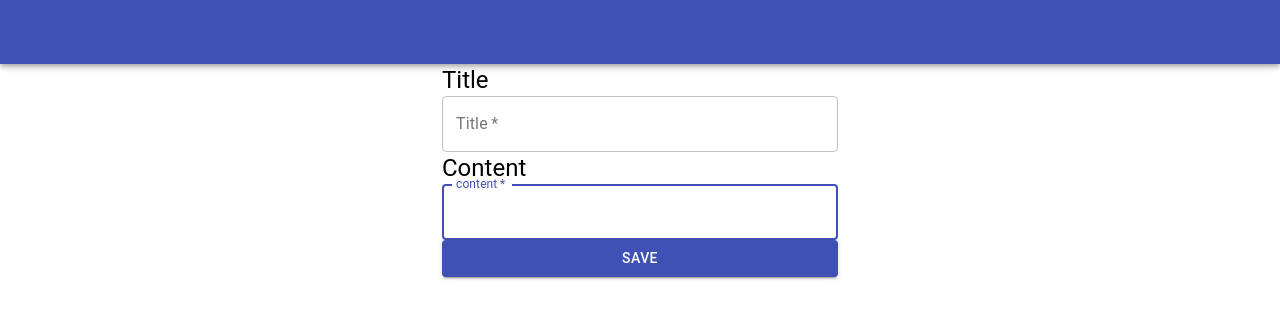
Repository: JX-Zhuang/todo
Page: /detail
These files come from the project's save history. The page is drawn as it stood at one moment and after the next save; the edit follows.
The browser window is 1280 px wide. The pictures show the whole page.
The project was rebuilt for these pictures with package versions that can differ from the ones it lists, and the page was loaded fresh each time. Also part of the build but not shown: src/components/Avatar/index.js, src/components/List/Item.js, src/components/List/List.js, src/utils/deleteItem.js, src/components/List/index.js, src/components/Login/index.js, src/components/Register/index.js.

Above is the page before, as saved 2019-06-17 13:57:21.

After the next save:
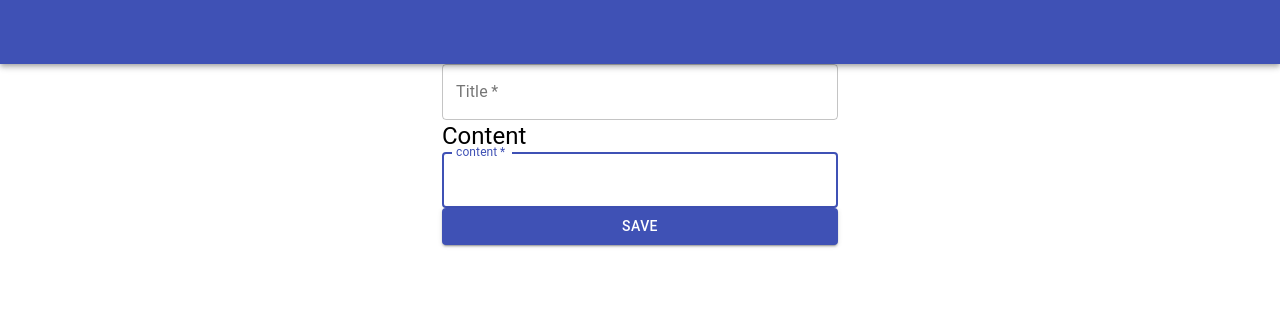
Saved 17 s later.
--- a/src/components/Detail/Title.js
+++ b/src/components/Detail/Title.js
@@ -6,9 +6,6 @@ import TextField from '@material-ui/core/TextField';
 export default function Title({ value, onChange }) {
     const handleChange = e => onChange(e.target.value);
     return <Grid item xs={12}>
-        <Typography component="h1" variant="h5">
-            Title
-        </Typography>
         <TextField
             autoComplete="title"
             name="title"
